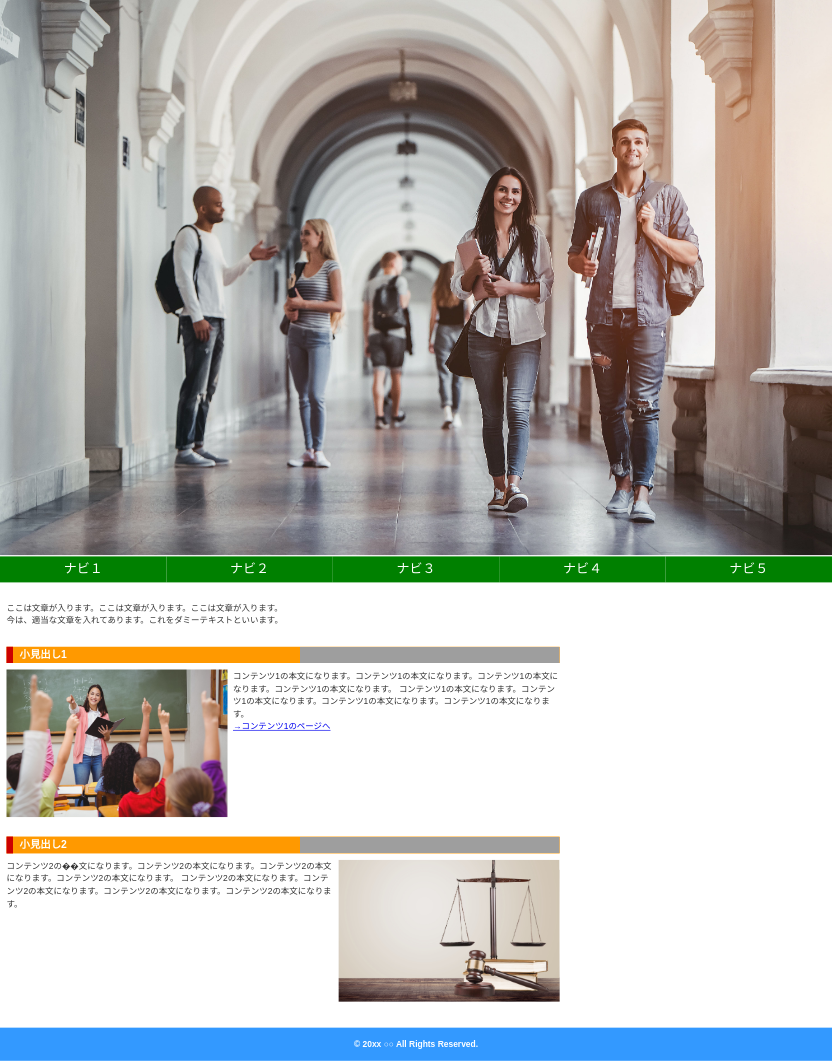
Repository: dontakumi1214/samurai_HTML-CSS
Page: home.html
The author's editor kept a record of every edit. The page is drawn from the files as they stood at one moment, then again after the next edit.
The browser window is 1280 px wide. The pictures show the whole page, at 65% of full size.
Pictures or frames that could not be fetched are drawn as grey boxes.

Above is the page before.

After the next edit:
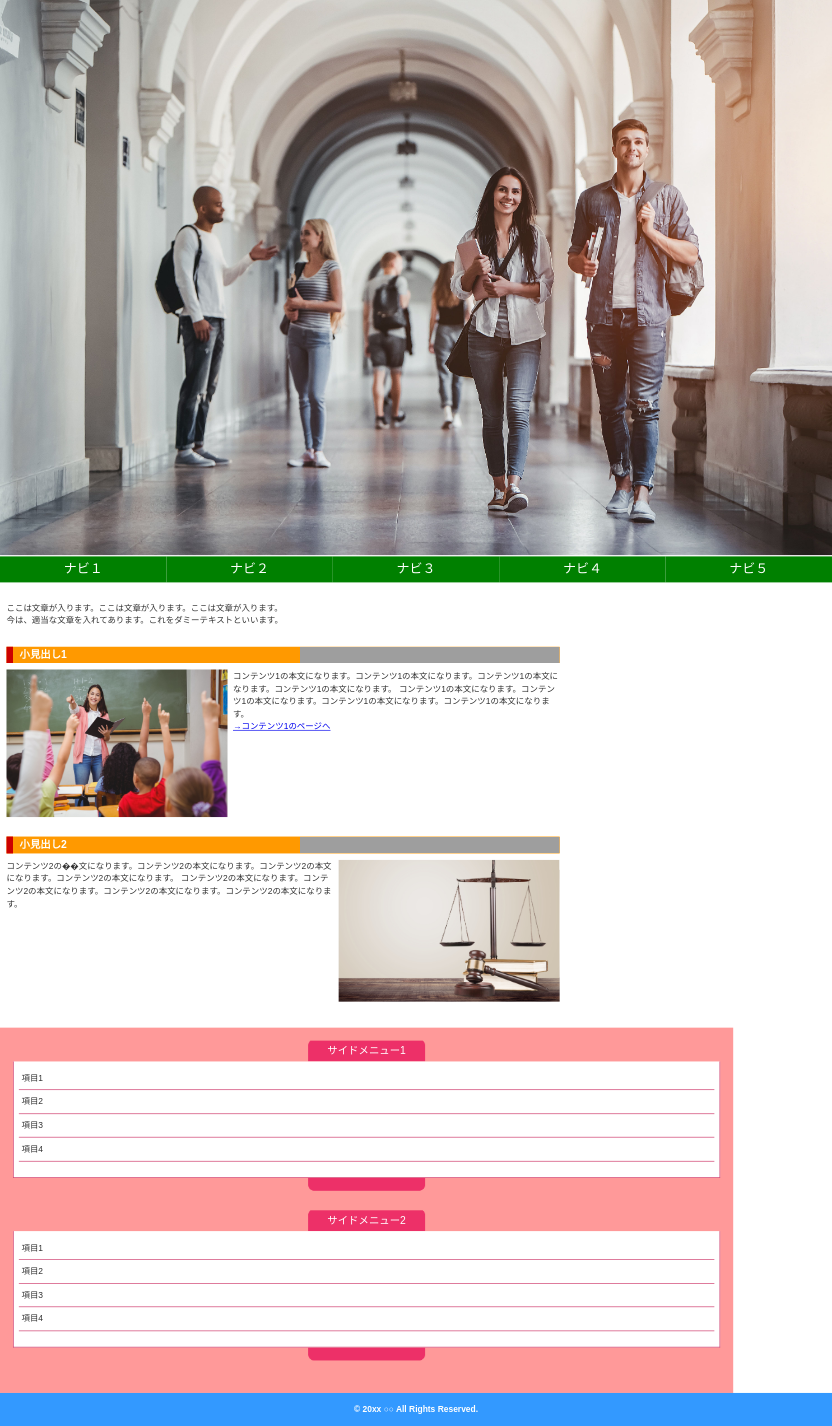
The edit:
--- a/home.html
+++ b/home.html
@@ -43,6 +43,30 @@
                     </div>
                 </div>
             </div>
+              <div id="side">
+                <div class="box">
+                    <h2>サイドメニュー1</h2>
+                    <div class="boxBody">
+                        <ul>
+                            <li>項目1</li>
+                            <li>項目2</li>
+                            <li>項目3</li>
+                            <li>項目4</li>
+                        </ul>
+                    </div>
+                </div>
+                <div class="box">
+                    <h2>サイドメニュー2</h2>
+                    <div class="boxBody">
+                        <ul>
+                            <li>項目1</li>
+                            <li>項目2</li>
+                            <li>項目3</li>
+                            <li>項目4</li>
+                        </ul>
+                    </div>
+                </div>
+            </div>
         </div>
           <div id="footer">
               <p>&copy; 20xx ○○ All Rights Reserved.</p>
